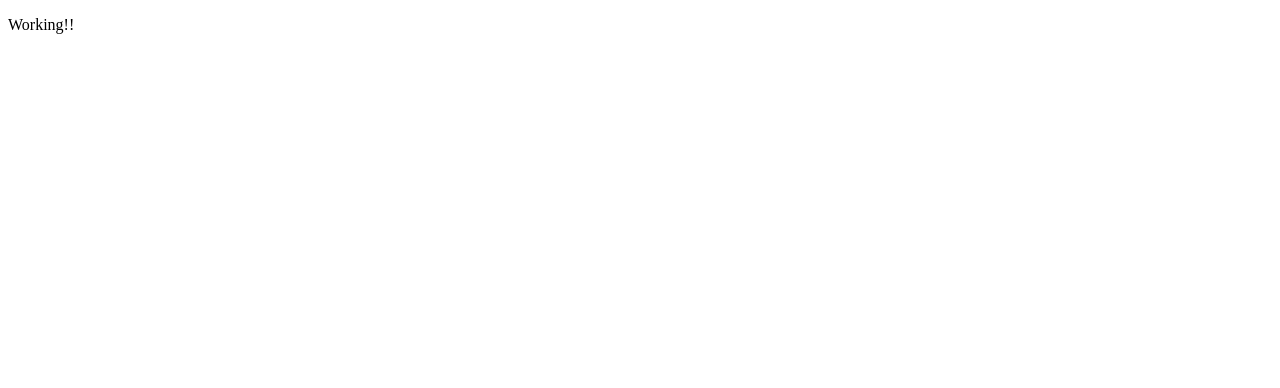
Repository: aaron1986/cookie_stand
Page: sales.html
An editor plug-in stored every save of this project. The page is shown before and after the next save, followed by the edit.
The browser window is 1280 px wide. The pictures show the whole page.

Above is the page before, as saved 2023-09-25 16:40:44.
Console error: TypeError: Cannot read properties of null (reading 'appendChild')

After the next save:
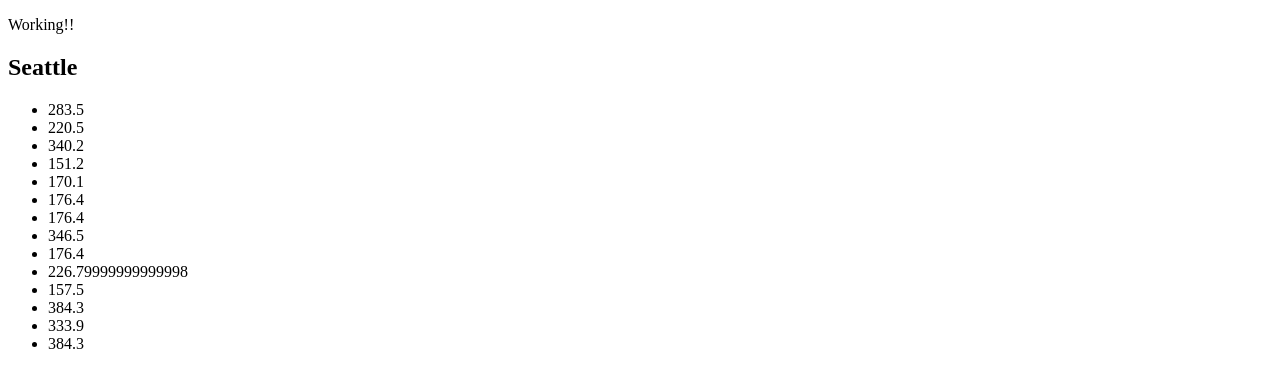
The error is gone.
Saved 69 s later.
--- a/app.js
+++ b/app.js
@@ -45,11 +45,11 @@
 
 
 //Navigation
-const nav = document.getElementById("nav");
+/* const nav = document.getElementById("nav");
 const navBarUl = document.createElement("ul");
 const navBarLi = document.createElement("li");
 navBarLi.textContent = shopLocationSeattle.location + shopLocationSeattle.location;
-nav.appendChild(navBarLi);
+nav.appendChild(navBarLi); */
 
 
 //Main
